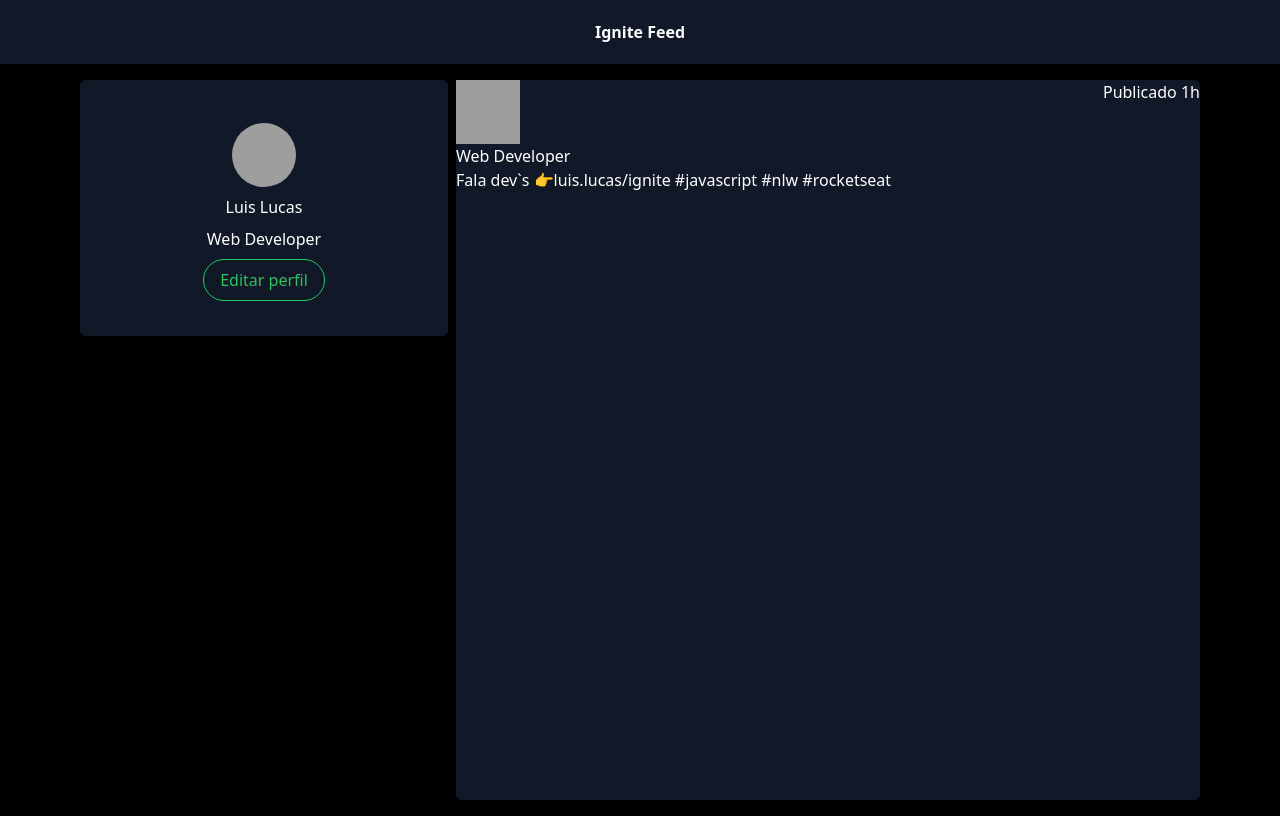
Repository: LuisSempre/ignite-feed
Page: /
These files come from the project's save history. The page is drawn as it stood at one moment and after a run of saves; the edit follows.
The browser window is 1280 px wide. The pictures show the whole page.
Pictures or frames that could not be fetched are drawn as grey boxes. The project was rebuilt for these pictures with package versions that can differ from the ones it lists, and the page was loaded fresh each time. Also part of the build but not shown: vite.config.js.

Above is the page before, as saved 2022-07-13 23:00:30.

After the next 2 saves:
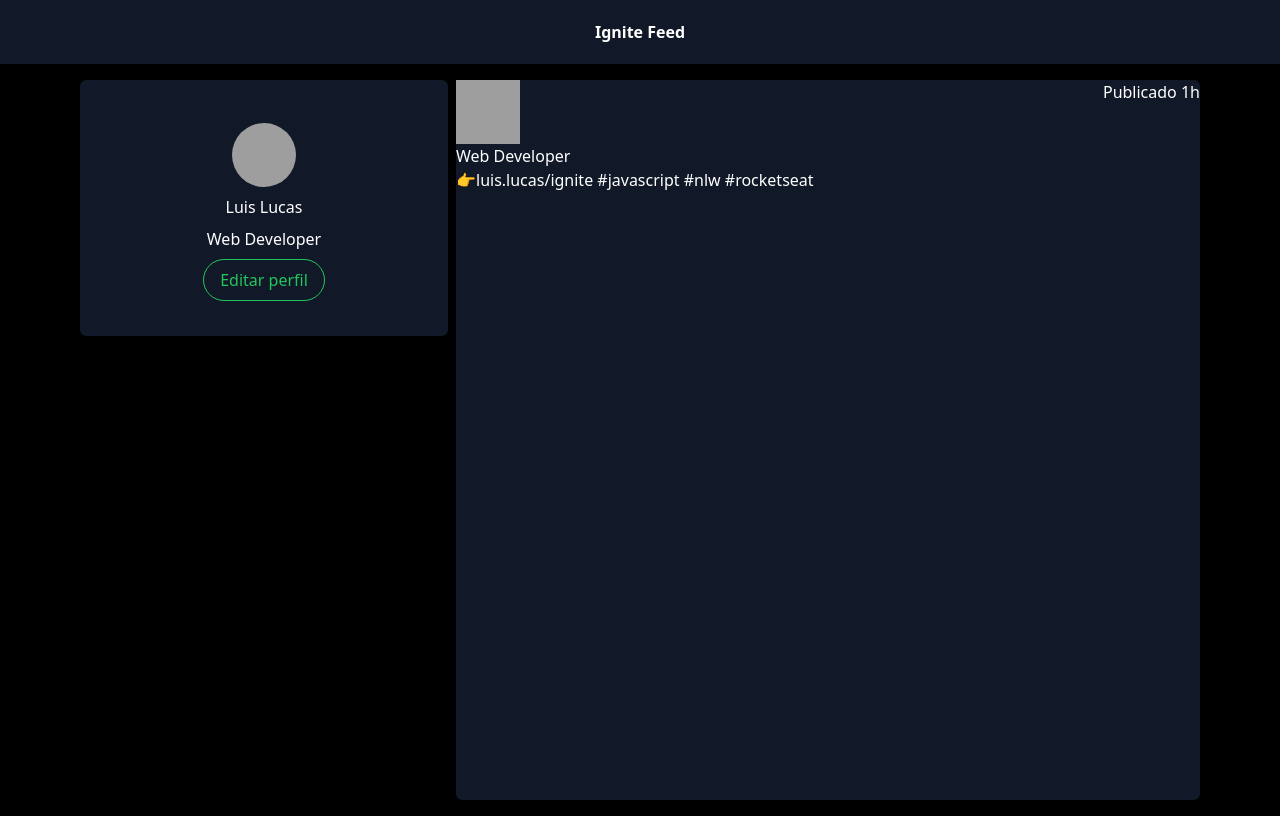
The 2 saves are shown as one change because they came seconds apart.
The last was saved 19 s later.
--- a/src/Components/Post.jsx
+++ b/src/Components/Post.jsx
@@ -14,7 +14,9 @@ export function Post() {
           <time dataTime="2022-05-11 08:13:00">Publicado 1h</time>
         </div>
       </div>
-      <div>Fala dev`s 👉luis.lucas/ignite #javascript #nlw #rocketseat</div>
+      <div>
+        <p>👉luis.lucas/ignite #javascript #nlw #rocketseat</p>
+      </div>
     </div>
   );
 }
